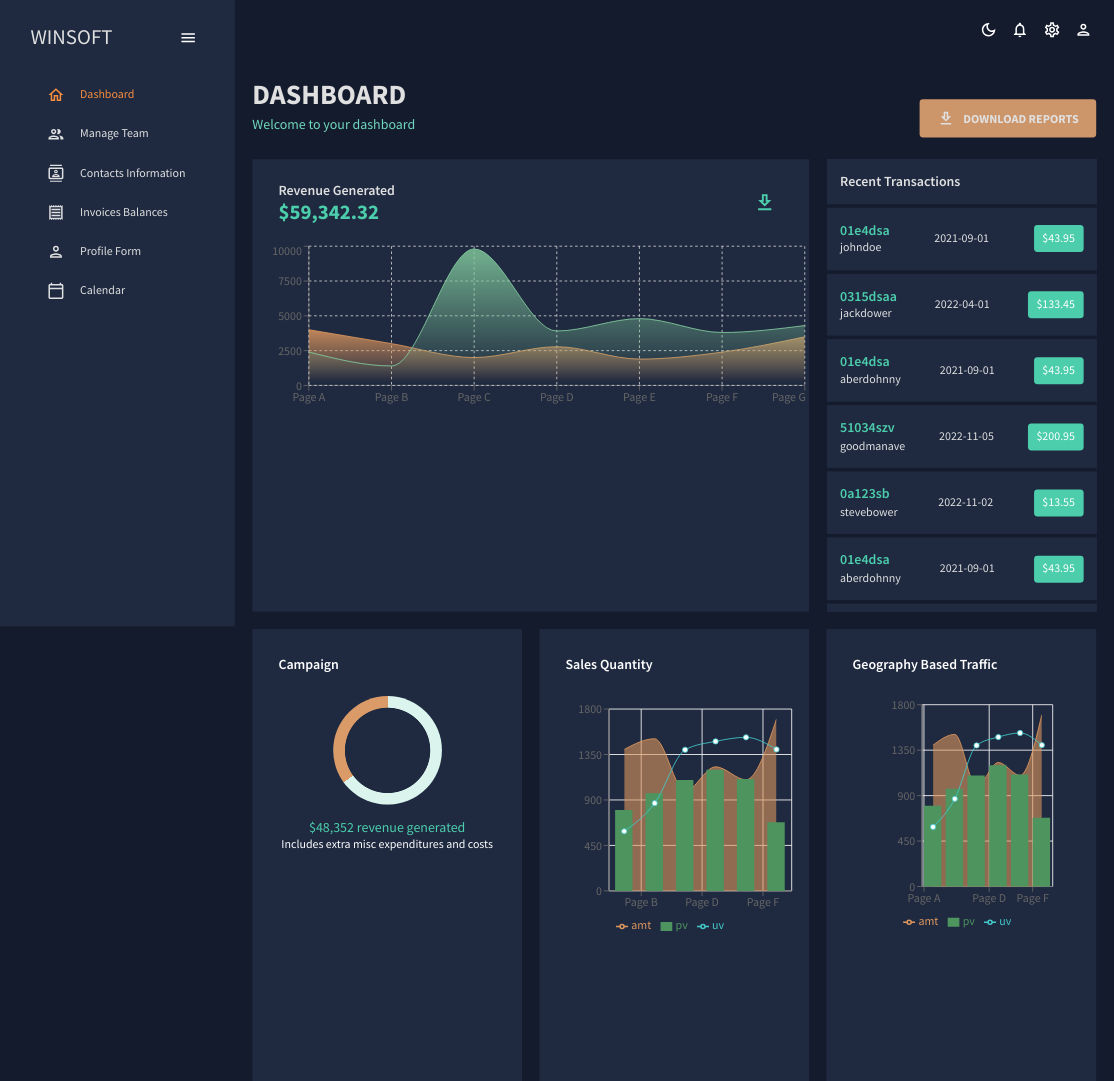
Repository: thamaraiselvan315731/winssoft
Page: /
These files come from the project's save history. The page is drawn as it stood at one moment and after the next save; the edit follows.
The browser window is 1280 px wide. The pictures show the whole page, at 87% of full size.
The project was rebuilt for these pictures with package versions that can differ from the ones it lists, and the page was loaded fresh each time. Also part of the build but not shown: src/pages/team/index.jsx, src/pages/invoices/index.jsx, src/pages/contacts/index.jsx, src/pages/form/index.jsx, src/components/LineChart.jsx, src/data/mockGeoFeatures.js, src/components/GeographyChart.jsx, src/components/BarChart.jsx and 3 more.

Above is the page before, as saved 2022-12-01 12:15:12.

After the next save:
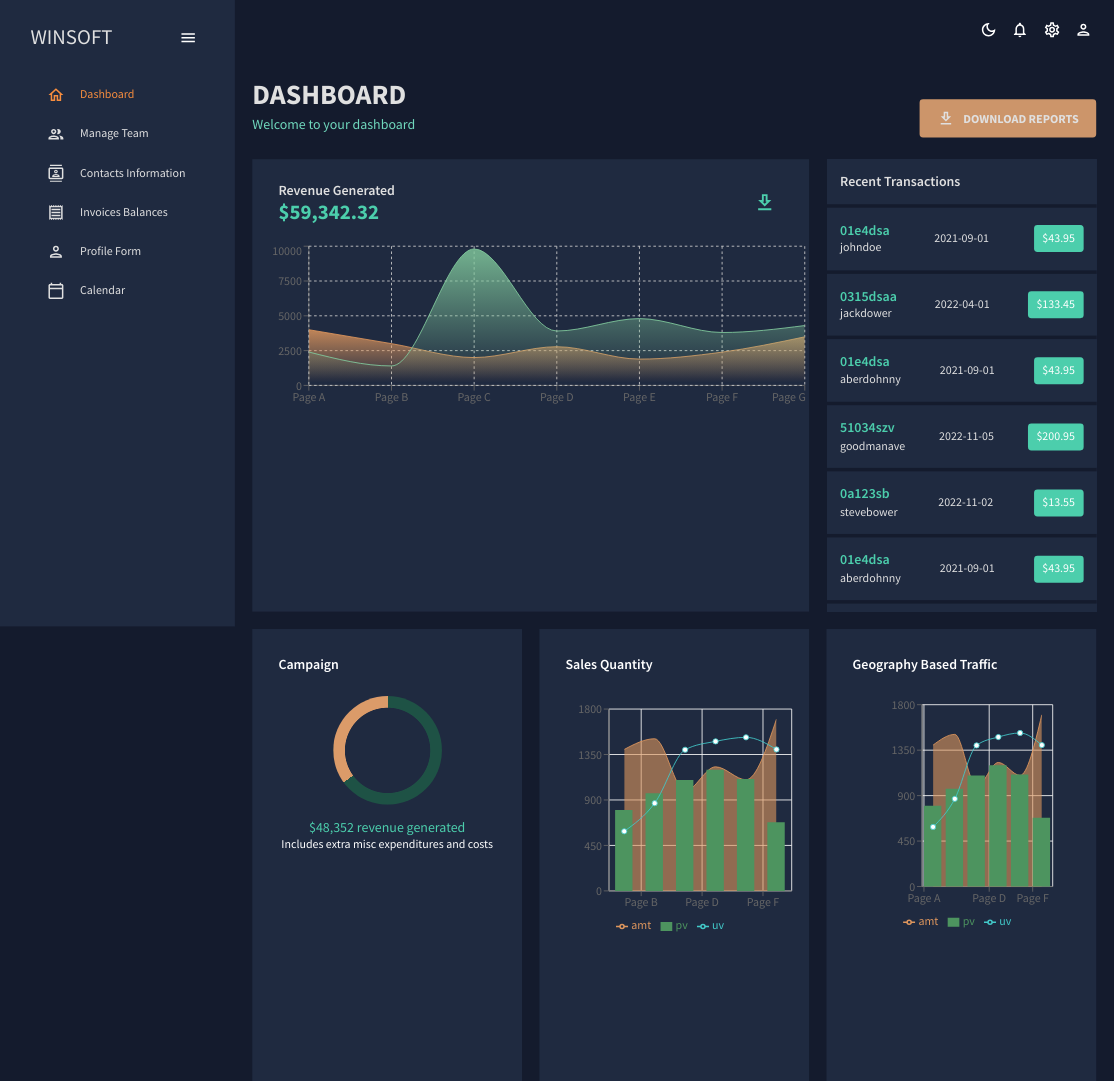
Saved 8 s later.
--- a/src/components/ProgressCircle.jsx
+++ b/src/components/ProgressCircle.jsx
@@ -10,7 +10,7 @@ const ProgressCircle = ({ progress = "0.65", size = "40" }) => {
       sx={{
         background: `radial-gradient(${colors.primary[400]} 55%, transparent 56%),
             conic-gradient(transparent 0deg ${angle}deg, ${colors.blueAccent[500]} ${angle}deg 360deg),
-            ${colors.greenAccent[100]}`,
+            ${colors.greenAccent[800]}`,
         borderRadius: "50%",
         width: `${size}px`,
         height: `${size}px`,
